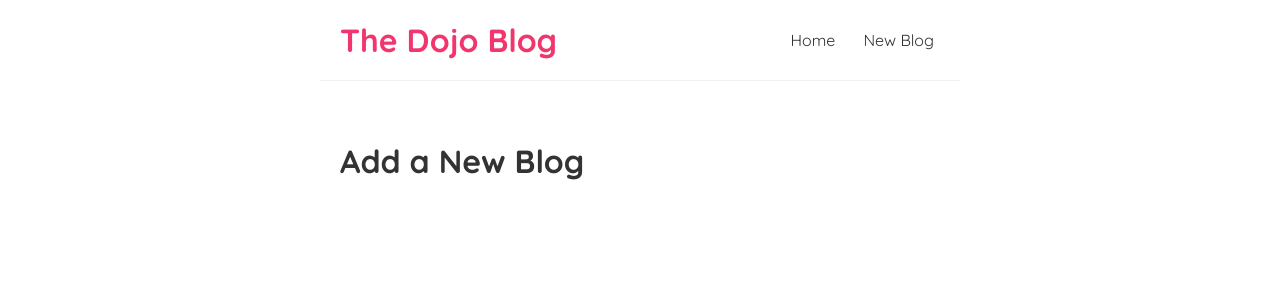
Repository: DESTINYAS/Reactjs
Page: /create
These files come from the project's save history. The page is drawn as it stood at one moment and after the next save; the edit follows.
The browser window is 1280 px wide. The pictures show the whole page.
The project was rebuilt for these pictures with package versions that can differ from the ones it lists, and the page was loaded fresh each time. Also part of the build but not shown: src/BlogList.js, src/useFetch.js, src/Home.js, src/BlogDetails.js.

Above is the page before, as saved 2022-12-01 15:06:00.

After the next save:
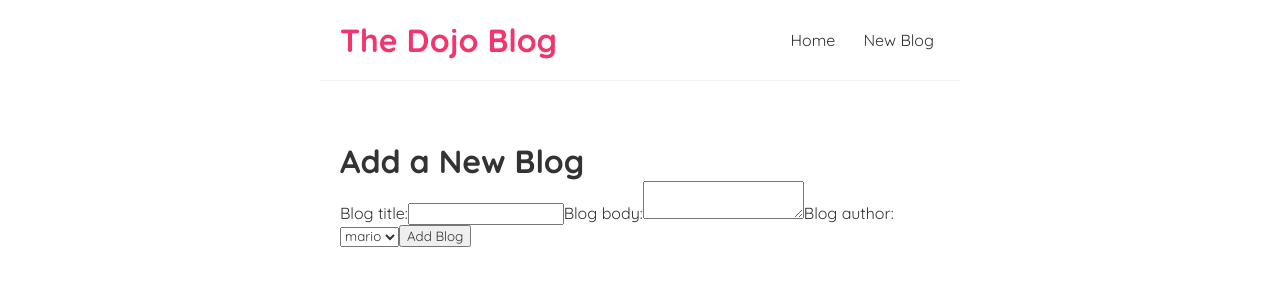
Saved 22 min 35 s later.
--- a/src/create.js
+++ b/src/create.js
@@ -2,6 +2,18 @@ const Create = () => {
   return (
     <div className="create">
       <h1>Add a New Blog</h1>
+      <form action="#">
+        <label>Blog title:</label>
+        <input type="text" required />
+        <label>Blog body:</label>
+        <textarea required></textarea>
+        <label>Blog author:</label>
+        <select>
+          <option value="mario">mario</option>
+          <option value="yoshi">yoshi</option>
+        </select>
+        <button>Add Blog</button>
+      </form>
     </div>
   );
 };
